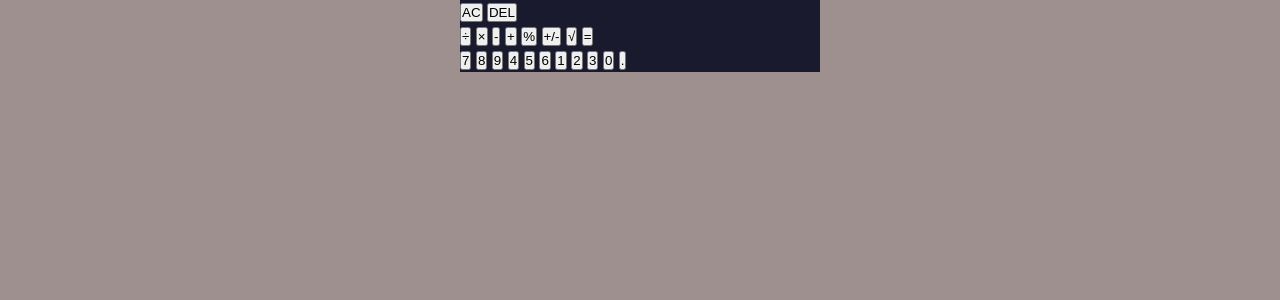
Repository: MikkyPrestige/js-calculator
Page: index.html
These files come from the project's save history. The page is drawn as it stood at one moment and after the next save; the edit follows.
The browser window is 1280 px wide. The pictures show the whole page.

Above is the page before, as saved 2023-05-08 00:54:08.

### index.html
<!DOCTYPE html>
<html lang="en">

<head>
  <meta charset="UTF-8">
  <meta http-equiv="X-UA-Compatible" content="IE=edge">
  <meta name="viewport" content="width=device-width, initial-scale=1.0">
  <title>JavaScript Calculator</title>
  <link rel="stylesheet" href="./index.css">
  <!-- <script src="script.js" defer></script> -->
</head>

<body>
  <main>
    <section class="caluculator">
      <div class="output">
        <div class="output--curr"></div>
        <div class="output--prev"></div>
      </div>
      <div class="btns">
        <div class="btn--ctrls">
          <button class="btn btn--clear">AC</button>
          <button class="btn btn--del">DEL</button>
        </div>
        <div class="btn--ops">
          <button class="btn btn--op">÷</button>
          <button class="btn btn--op">×</button>
          <button class="btn btn--op">-</button>
          <button class="btn btn--op">+</button>
          <button class="btn btn--op">%</button>
          <button class="btn btn--op">+/-</button>
          <button class="btn btn--op">√</button>
          <button class="btn btn--op">=</button>
        </div>
        <div class="btn--nums">
          <button class="btn btn--num">7</button>
          <button class="btn btn--num">8</button>
          <button class="btn btn--num">9</button>
          <button class="btn btn--num">4</button>
          <button class="btn btn--num">5</button>
          <button class="btn btn--num">6</button>
          <button class="btn btn--num">1</button>
          <button class="btn btn--num">2</button>
          <button class="btn btn--num">3</button>
          <button class="btn btn--num">0</button>
          <button class="btn btn--num">.</button>
        </div>
      </div>
    </section>
  </main>
</body>

</html>

### index.css
*,
*::before,
*::after {
  box-sizing: border-box;
  margin: 0;
  padding: 0;
}

body {
  font-family: 'Fira Sans', sans-serif;
  font-size: 16px;
  font-weight: 400;
  line-height: 1.5;
  background: #9F9090;
  min-height: 100vh;
  width: 100vw;
}

main {
  background: rgba(26, 26, 46, 1);
  width: 100%;
  max-width: 360px;
  height: 100%;
  margin: 0 auto;
}

After the next save:
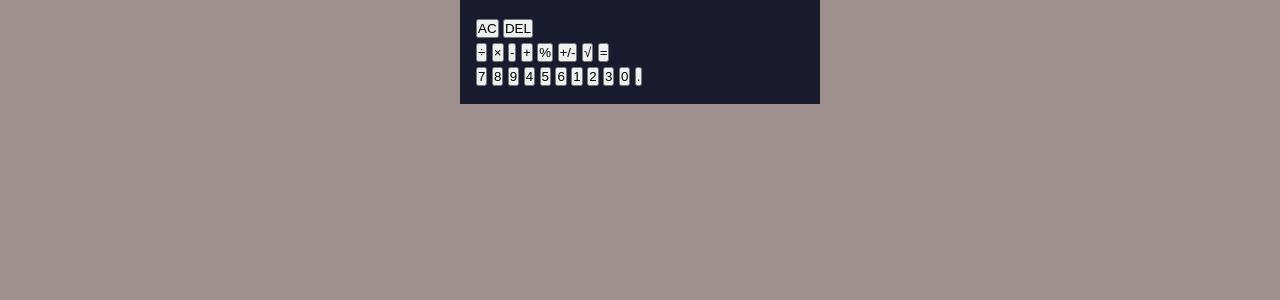
Saved 7 s later.
--- a/index.css
+++ b/index.css
@@ -22,4 +22,5 @@
   max-width: 360px;
   height: 100%;
   margin: 0 auto;
+  padding: 1rem;
 }

After the save that followed:
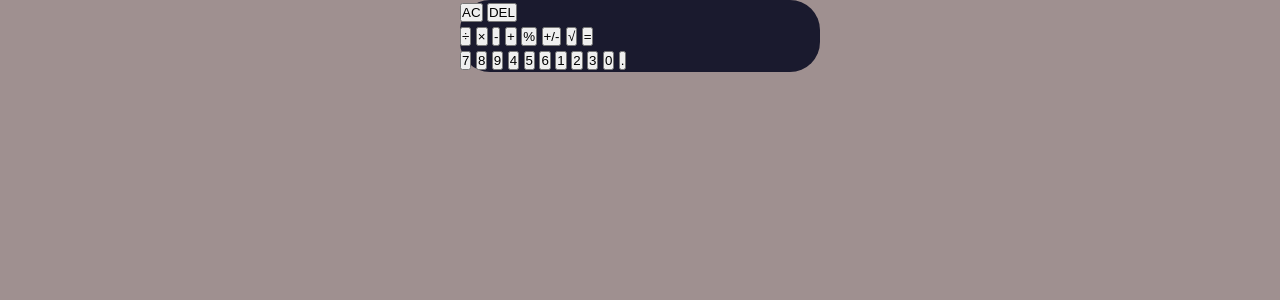
Saved 47 s later.
--- a/index.css
+++ b/index.css
@@ -22,5 +22,9 @@
   max-width: 360px;
   height: 100%;
   margin: 0 auto;
-  padding: 1rem;
+  border-radius: 30px;
+  -webkit-border-radius: 30px;
+  -moz-border-radius: 30px;
+  -ms-border-radius: 30px;
+  -o-border-radius: 30px;
 }
